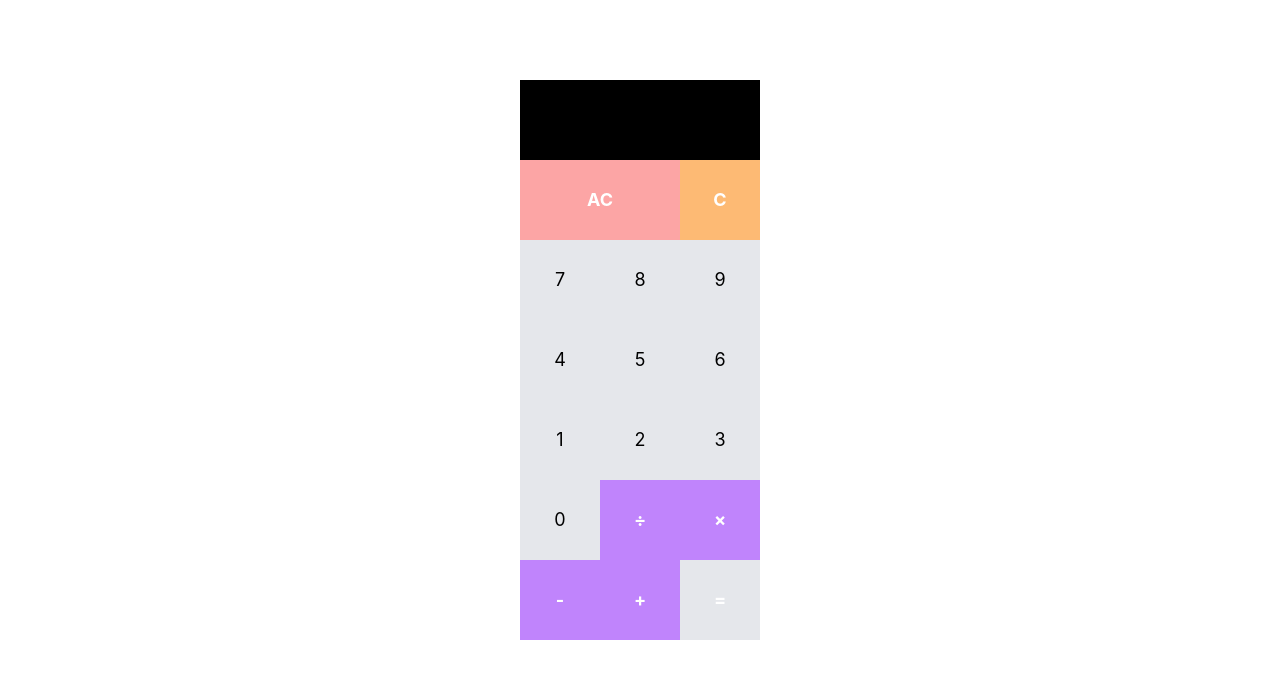
Repository: BrianPhamDev/calculator_app
Page: /
An editor plug-in stored every save of this project. The page is shown before and after the next save, followed by the edit.
The browser window is 1280 px wide. The pictures show the whole page.
The project was rebuilt for these pictures with package versions that can differ from the ones it lists, and the page was loaded fresh each time. Also part of the build but not shown: vite.config.js.

Above is the page before, as saved 2024-01-09 14:37:10.

### src/App.jsx
import Calculator from "./components/Calculator";

function App() {
  return (
    <>
      <div className="flex items-center justify-center w-screen h-screen">
        <Calculator></Calculator>
      </div>
    </>
  );
}

export default App;

### src/components/Calculator.jsx
import { calculatorButtons } from "../globals/calculator-button-data";
import { useState } from "react";

const Calculator = () => {
  const specialTypes = {
    operator: "bg-purple-400 hover:bg-purple-300 text-white font-bold",
    enter: "bg-blue-400 hover:bg-blue-300 text-white font-bold",
  };
  const specialClasses = {
    ac: "col-span-2 w-40 bg-red-300 text-white font-bold hover:bg-red-400",
    c: "bg-orange-300 text-white font-bold hover:bg-orange-400",
  };

  const [display, setDisplay] = useState();

  return (
    <div className="">
      <div className="w-60 h-20 bg-black">
        <div className="previous">465468768486</div>
        <div className="current">64687486948</div>
      </div>

      <div className="grid grid-cols-3">
        {calculatorButtons.map((button) => {
          return (
            <div
              key={button.className}
              className={`bg-gray-200 flex items-center justify-center w-20 h-20 hover:bg-slate-300 text-lg  ${
                specialClasses[button.className] || ""
              }
              ${specialTypes[button.type] || ""}`}
            >
              {button.text}
            </div>
          );
        })}
      </div>
    </div>
  );
};

export default Calculator;

### src/globals/calculator-button-data.js
export const calculatorButtons = [
  {
    type: "clear",
    className: "ac",
    text: "AC",
    value: "All Clear",
  },
  {
    type: "clear",
    className: "c",
    text: "C",
    value: "Clear",
  },
  {
    type: "number",
    className: "seven",
    text: 7,
    value: 7,
  },
  {
    type: "number",
    className: "eight",
    text: 8,
    value: 8,
  },
  {
    type: "number",
    className: "nine",
    text: 9,
    value: 9,
  },

  {
    type: "number",
    className: "four",
    text: 4,
    value: 4,
  },
  {
    type: "number",
    className: "five",
    text: 5,
    value: 5,
  },
  {
    type: "number",
    className: "six",
    text: 6,
    value: 6,
  },

  {
    type: "number",
    className: "one",
    text: 1,
    value: 1,
  },
  {
    type: "number",
    className: "two",
    text: 2,
    value: 2,
  },
  {
    type: "number",
    className: "three",
    text: 3,
    value: 3,
  },
  {
    type: "number",
    className: "zero",
    text: 0,
    value: 0,
  },
  {
    type: "operator",
    className: "divide",
    text: "\u00f7",
    value: "Divide",
  },
  {
    type: "operator",
    className: "multiply",
    text: "\u00d7",
    value: "Multiply",
  },
  {
    type: "operator",
    className: "subtract",
    text: "-",
    value: "Subtract",
  },

  {
    type: "operator",
    className: "add",
    text: "+",
    value: "Add",
  },
  {
    type: "enter",
    className: "equal",
    text: "=",
    value: "Equal",
  },
];

Loaded but not shown: index.html (common file); src/main.jsx (common file); src/index.css (common file); tailwind.config.js (common file)

After the next save:
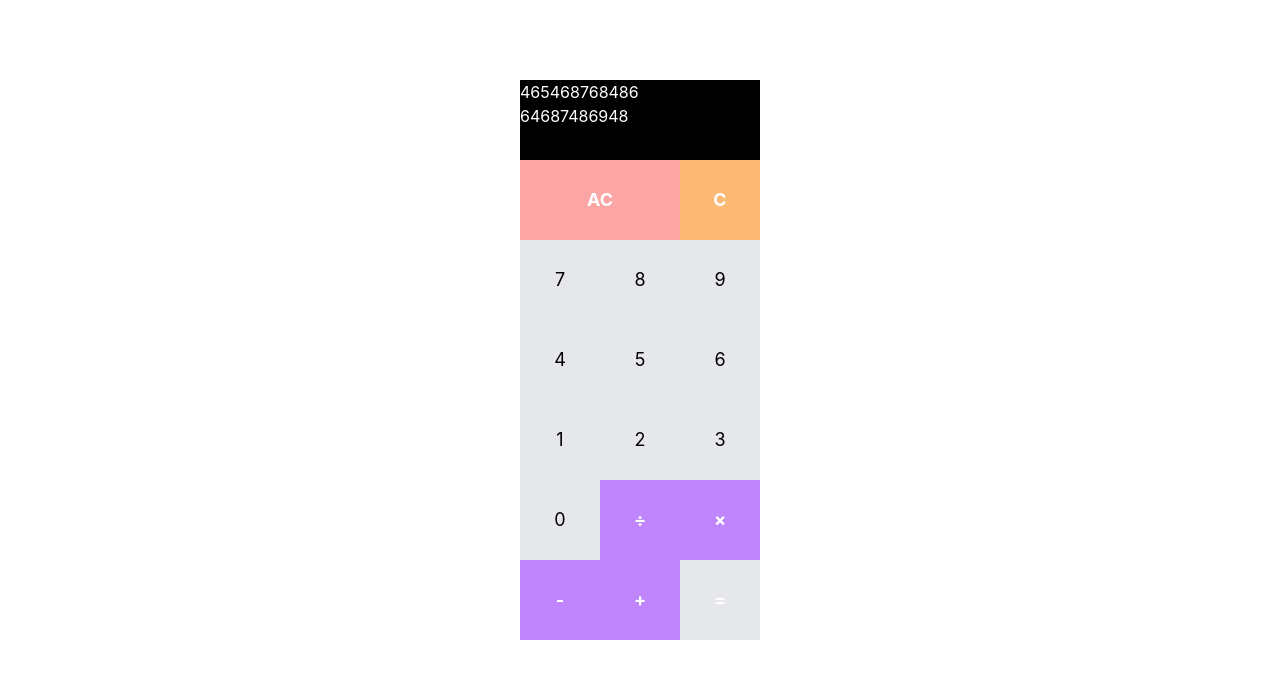
Saved 12 s later.
--- a/src/components/Calculator.jsx
+++ b/src/components/Calculator.jsx
@@ -15,7 +15,7 @@ const Calculator = () => {
 
   return (
     <div className="">
-      <div className="w-60 h-20 bg-black">
+      <div className="w-60 h-20 bg-black text-white">
         <div className="previous">465468768486</div>
         <div className="current">64687486948</div>
       </div>
